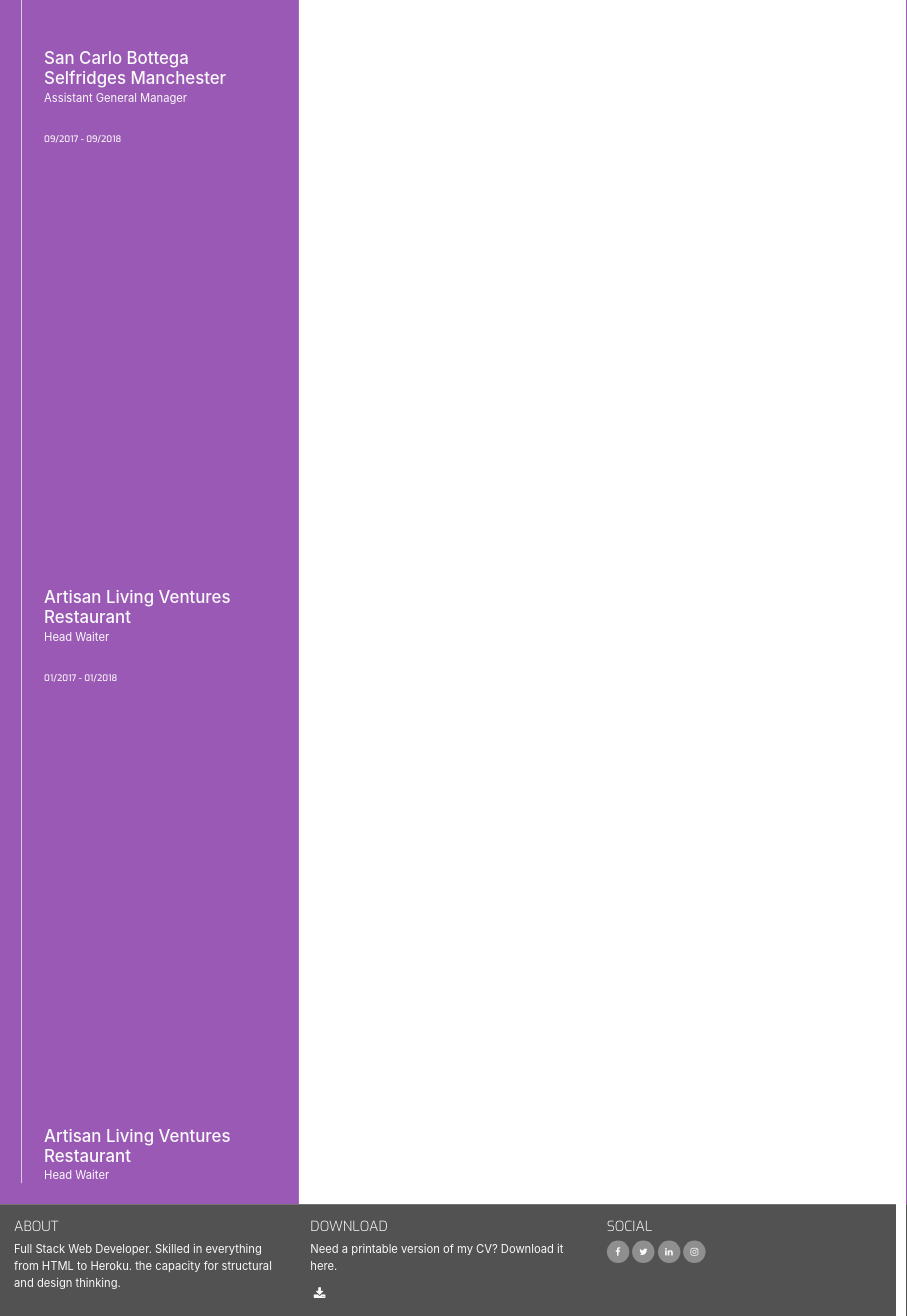
Repository: Baal89/Resume
Page: resume.html
The author's editor kept a record of every edit. The page is drawn from the files as they stood at one moment, then again after the next edit.
The browser window is 1280 px wide. The page is 1295 px wide, so the pictures cover 1295 px, including what lies to the right of the window. The pictures show the part of the page from y = 1096 to 2976 px (the page is 2976 px tall), at 70% of full size.

Above is the page before.

### resume.html
<!DOCTYPE html>
<html lang="en">

<head>
    <meta charset="UTF-8">
    <meta name="viewport" content="width=device-width, initial-scale=1.0">
    <meta http-equiv="X-UA-Compatible" content="ie=edge">
    <link rel="stylesheet" href="https://stackpath.bootstrapcdn.com/bootstrap/4.4.1/css/bootstrap.min.css" integrity="sha384-Vkoo8x4CGsO3+Hhxv8T/Q5PaXtkKtu6ug5TOeNV6gBiFeWPGFN9MuhOf23Q9Ifjh" crossorigin="anonymous">
    <link href="https://stackpath.bootstrapcdn.com/font-awesome/4.7.0/css/font-awesome.min.css" rel="stylesheet" integrity="sha384-wvfXpqpZZVQGK6TAh5PVlGOfQNHSoD2xbE+QkPxCAFlNEevoEH3Sl0sibVcOQVnN" crossorigin="anonymous">
    <link rel="stylesheet" href="https://cdnjs.cloudflare.com/ajax/libs/hover.css/2.3.1/css/hover-min.css" type="text/css" />
    <link rel="stylesheet" href="assets/css/style.css" type="text/css" />
    <title>Alessio</title>
</head>

<body>

    <header>
        <div class="row">
            <a href="index.html" class="col-md-4 logo px-0">

            </a>
            <div class="col-md-8">
                <div class="row bg-color-name-title">
                    <div class="col heading px-0">
                        <h1 class="name">Alessio Centamore</h1>
                        <h2 class="title">Full stack developer</h2>
                    </div>
                </div>
                <div class="row">
                    <div class="col px-0">
                        <ul id="nav" class="list-inline menu-container">
                            <li class="col-6 col-sm-3 ui-menu-color-home list-inline-item menuitem">
                                <a href="index.html" class="hvr-sweep-to-bottom"><i class="fa fa-home" aria-hidden="true"></i><span>Home</span></a>
                            </li>
                            <li class="col-6 col-sm-3 ui-menu-color-resume list-inline-item menuitem">
                                <a href="resume.html" class="hvr-sweep-to-bottom"><i class="fa fa-graduation-cap" aria-hidden="true"></i><span>Resume</span></a>
                            </li>
                            <li class="col-6 col-sm-3 ui-menu-color-contact list-inline-item menuitem">
                                <a href="#" class="hvr-sweep-to-bottom"><i class="fa fa-comment-o" aria-hidden="true"></i><span>Contact</span></a>
                            </li>
                            <li class="col-6 col-sm-3 ui-menu-color-download list-inline-item menuitem">
                                <a href="#" class="hvr-sweep-to-bottom"><i class="fa fa-download" aria-hidden="true"></i><span>Download</span></a>
                            </li>
                        </ul>
                    </div>
                </div>
            </div>
        </div>
    </header>

    <section class="container-fluid">
        <div class="row">
            <div class="col-md-4 bg-color-personal-work-history section-column">
                <div class="row">
                    <div class="col-12">
                        <h3 class="history-heading uppercase">work history</h3>
                    </div>
                </div>
                <div class="timeline-item" data-dates="10/2018 - 01/2020">
                    <h4>San Carlo Bottega Selfridges Manchester</h4>
                    <p>Assistant General Manager</p>
                </div>
                <div class="timeline-item" data-dates="09/2017 - 09/2018">
                    <h4>Artisan Living Ventures Restaurant</h4>
                    <p>Head Waiter</p>
                </div>
                <div class="timeline-item" data-dates="01/2017 - 01/2018">
                    <h4>Artisan Living Ventures Restaurant</h4>
                    <p>Head Waiter</p>
                </div>
            </div>
            <div class="col-md-8 color-three-reasons section-column">
                <div class="row">
                    <div class="col">
                        <h3 class="section-heading uppercase">My skills</h3>
                    </div>
                </div>
                <div class="row">
                    <div class="col-10 offset-1 offset-sm-0 col-sm-4 col-md-6">
                        <div class="row">
                            <div class="col-2">
                                <i class="three-resons-icon fa fa-tv" aria-hidden="true"></i>
                            </div>
                            <div class="col-10">
                                <h4 class="three-reasons-heading uppercase">Front End</h4>
                                <p>I'm a skilled in User Experience Design using the trinity of HTML/CSS/JavaScript. I also have extensive experience in Front Frameworks such as Angular and React.</p>
                            </div>
                        </div>
                    </div>
                    <div class="col-10 offset-1 offset-sm-0 col-sm-4 col-md-6">
                        <div class="row">
                            <div class="col-2">
                                <i class="three-resons-icon fa fa-gears" aria-hidden="true"></i>
                            </div>
                            <div class="col-10">
                                <h4 class="three-reasons-heading uppercase">Back end</h4>
                                <p>I specialize in data-driven web applications. Many of my project utilise document based data. I use Pyhon and Django in conjuction with MongoDB to process and present information.</p>
                            </div>
                        </div>
                    </div>
                </div>
                <div class="row progress-section">
                    <div class="col">
                        <div class="progress">
                            <div class="progress-bar" role="progressbar" aria-valuenow="90" aria-valuemin="0" aria-valuemax="100" style="width: 90%;">
                                <span class="sr-only">90% complete </span>
                            </div>
                            <span class="progress-type">HTML / HTML5 </span>
                        </div>
                        <div class="progress">
                            <div class="progress-bar bg-success" role="progressbar" aria-valuenow="80" aria-valuemin="0" aria-valuemax="100" style="width: 80%;">
                                <span class="sr-only">80% complete </span>
                            </div>
                            <span class="progress-type">CSS / CSS3</span>
                        </div>
                        <div class="progress">
                            <div class="progress-bar bg-info" role="progressbar" aria-valuenow="70" aria-valuemin="0" aria-valuemax="100" style="width: 70%;">
                                <span class="sr-only">70% complete </span>
                            </div>
                            <span class="progress-type">JavaScript / JQuery</span>
                        </div>
                        <div class="progress">
                            <div class="progress-bar bg-warning" role="progressbar" aria-valuenow="80" aria-valuemin="0" aria-valuemax="100" style="width: 80%;">
                                <span class="sr-only">80% complete </span>
                            </div>
                            <span class="progress-type">Django / Python</span>
                        </div>
                        <div class="progress">
                            <div class="progress-bar bg-danger" role="progressbar" aria-valuenow="80" aria-valuemin="0" aria-valuemax="100" style="width: 80%;">
                                <span class="sr-only">80% complete </span>
                            </div>
                            <span class="progress-type">SQL / NoSQL</span>
                        </div>
                    </div>
                </div>
            </div>
        </div>
    </section>

    <footer class="container-fluid" id="footer-details">
        <div class="row">
            <div class="col-sm-4">
                <h5 class="uppercase general-sub">About</h5>
                <p class="inline-block">Full Stack Web Developer. Skilled in everything from HTML to Heroku. the capacity for structural and design thinking.</p>
            </div>
            <div class="col-sm-4">
                <h5 class="uppercase general-sub">Download</h5>
                <p class="inline-block">Need a printable version of my CV? Download it here.</p>
                <a href="#" target="_blank" class="cv-pdf">
                    <i class="fa fa-download" aria-hidden="true"></i>
                    <span class="sr-only">Download link.</span>
                </a>
            </div>
            <div class="col-sm-4">
                <h5 class="uppercase general-sub">Social</h5>
                <ul class="list-inline social-links">
                    <li class="list-inline-item">
                        <a target="_blank" href="#">
                            <i class="fa fa-facebook" aria-hidden="true"></i>
                            <span class="sr-only">Facebook</span>
                        </a>
                    </li>
                    <li class="list-inline-item">
                        <a target="_blank" href="#">
                            <i class="fa fa-twitter" aria-hidden="true"></i>
                            <span class="sr-only">Twitter</span>
                        </a>
                    </li>
                    <li class="list-inline-item">
                        <a target="_blank" href="#">
                            <i class="fa fa-linkedin" aria-hidden="true"></i>
                            <span class="sr-only">Linkedin</span>
                        </a>
                    </li>
                    <li class="list-inline-item">
                        <a target="_blank" href="#">
                            <i class="fa fa-instagram" aria-hidden="true"></i>
                            <span class="sr-only">Instagram</span>
                        </a>
                    </li>
                </ul>
            </div>
        </div>
    </footer>

</body>

</html>

### assets/css/style.css
@import url('https://fonts.googleapis.com/css?family=Roboto:100,200,300,400,500,600,700|Exo:100,200,300,400,500,600,700&display=swap');


/*-----------------------------------------------------------------Colors */

.bg-color-name-title {
    background-color: #676767;
}

.bg-color-three-resons {
    background-color: #fff;
}

.bg-color-personal-info {
    background-color: #f4f4f4
}

.bg-color-personal-work-history {
    background-color: #9b59b6;
}

.ui-menu-color-home {
    background-color: #e67e22;
}

.ui-menu-color-resume {
    background-color: #9b59b6;
}

.ui-menu-color-contact {
    background-color: #3498db;
}

.ui-menu-color-download {
    background-color: #525252;
}

/* ---------------------------------------------------------------Special padding/margins/text */

h1,
h2,
h3,
h4 {
    margin: 0;
}

.uppercase {
    text-transform: uppercase;
}

.general-sub {
    font-family: "Exo", sans-serif;
    font-weight: 300;
    color: #fafafa;
}

.inline-block {
    display: inline-block;
}

.row-table {
    display: table;
}

.section-column {
    display: table-cell;
    padding: 0 30px 30px;
    float: none;
}

.section-heading,
.history-heading {
    font-family: "Exo", sans-serif;
    font-weight: 300;
    margin-top: 25px;
    margin-bottom: 40px;
}

/* ---------------------------------------------------------------Heading */

header {
    margin: 0;
}

.heading {
    margin-left: 50px;
}

.logo {
    background-image: url("../img/Alessio.jpg");
    background-position: center;
    background-repeat: no-repeat;
    background-size: cover;
    min-height: 360px;
    transition: all .5s ease-in-out;
    -moz-transition: all .5s ease-in-out;
    -webkit-transition: all .5s ease-in-out;
}

.name {
    font-family: Exo, sans-serif;
    font-weight: 100;
    font-size: 46px;
    margin-top: 50px;
    color: #ffffff;
}

.title {
    font-family: Roboto, sans-serif;
    font-weight: 200;
    font-size: 28px;
    margin-top: 20px;
    margin-bottom: 90px;
    color: #ffffff;
}

.list-inline-item:not(:last-child) {
    margin-right: 0 !important;
}

.menu-container {
    font-size: 0;
}

#nav li {
    font-size: 14px;
    padding: 0;
}

.menuitem {
    height: 120px;
    text-align: center;
    padding: 0;
}

.menuitem a {
    width: 100%;
    text-decoration: none;
    color: #fff;
    height: 120px;
}

.menuitem i {
    padding-top: 22px;
    display: block;
    color: #fafafa;
    font-size: 26px;
}

.menuitem span {
    display: block;
    width: 100%;
    padding-top: 5px;
    text-align: center;
    text-transform: uppercase;
    font-size: 14px;
    font-weight: 300;
    letter-spacing: 2px;
}

#nav {
    margin: 0;
}

/* ---------------------------------------------------------------Hover */

.hvr-sweep-to-bottom:before {
    background-color: rgba(0,0,0, 0.2);
    height: 120px;
}

/* --------------------------------------------------------------Footer */

footer {
    background-color: #525252;
    color: #fafafa;
    min-height: 120px;
    margin: 0;
}

.cv-pdf i {
    font-size: 18px;
    color: #fafafa;
    text-align: center;
    padding-left: 5px;
    transition: all 0.35s ease-in-out;
    -moz-0transition: all 0.35s ease-in-out;
    -webkit-transition: all 0.35s ease-in-out;
    -o-transition: all 0.35s ease-in-out;
}

.cv-pdf i:hover {
    color: #e84610;
}

.social-links {
    padding-bottom: 15px;
}

.social-links li a i {
    width: 32px;
    height: 32px;
    padding: 12px 0;
    border-radius: 50%;
    font-size: 13px;
    line-height: 7px;
    text-align: center;
    color: #fafafa;
    background-color: #8f8f8f;
    transition: all 0.35s ease-in-out;
    -moz-0transition: all 0.35s ease-in-out;
    -webkit-transition: all 0.35s ease-in-out;
    -o-transition: all 0.35s ease-in-out;
}

.social-links li a i:hover {
    background-color: #e84610;
}

#footer-details {
    padding: 20px;
}

/* --------------------------------------------------------------three reasons */


.three-resons-icon {
    font-size: 26px;
    color: #e67e22;
}

.three-reasons-heading {
    margin: 15px;
}

/* --------------------------------------------------------------Personal info*/

.personal-info-item {
    margin-bottom: 20px;
    display: block;
    clear: both;
}

.personal-info-item .key,
.personal-info-item .value {
    padding-right: 8px;
    display: inline-block;
}

.personal-info-item .key p,
.personal-info-item .value p {
    margin: 0;
}

.personal-info-item .key {
    width: 30%;
    margin-right: 21px;
    padding-top: 2px;
    vertical-align: top;
}

.personal-info-item .key p {
    font-weight: 700;
}

.personal-info-item .value {
    position: relative;
    width: 60%;
}

/* --------------------------------------------------------------skills */

.progress {
    position: relative;
    height: 25px;
    margin-bottom: 4px;
}

.progress-type {
    position: absolute;
    left: 0px;
    font-weight: 400;
    padding: 3px 30px 2px 10px;
    color: #fafafa;
    background-color: rgba(25, 25, 25, 0.2);
}

.progress-section {
    margin: 40px 20px;
}

/* ---------------------------------------------------------------work history */

.history-heading {
    color: #fafafa;
    margin-bottom: 50px;
}

.timeline-item {
    padding: 43em 2em 0em 2em;
    position: relative;
    color: #fafafa;
    border-left: 1px solid;
}

.timeline-item p {
    padding: 0;
    margin: 0;
}

.timeline-item:before {
    content: attr(data-dates);
    position: absolute;
    left: 2.5em;
    top: 3em;
    display: block;
    font-family: "Exo" , sans-serif;
    font-weight: 500;
    font-size: 0.8em;
    padding: 0;
    margin: 0;
}

.tiimeline-item:after {
    width: 12px;
    height: 12px;
    display: block;
    top: 2.4em;
    position: absolute;
    left: -6px;
    border-radius: 12px;
    content: "";
    background-color: #fafafa;
}

After the next edit:
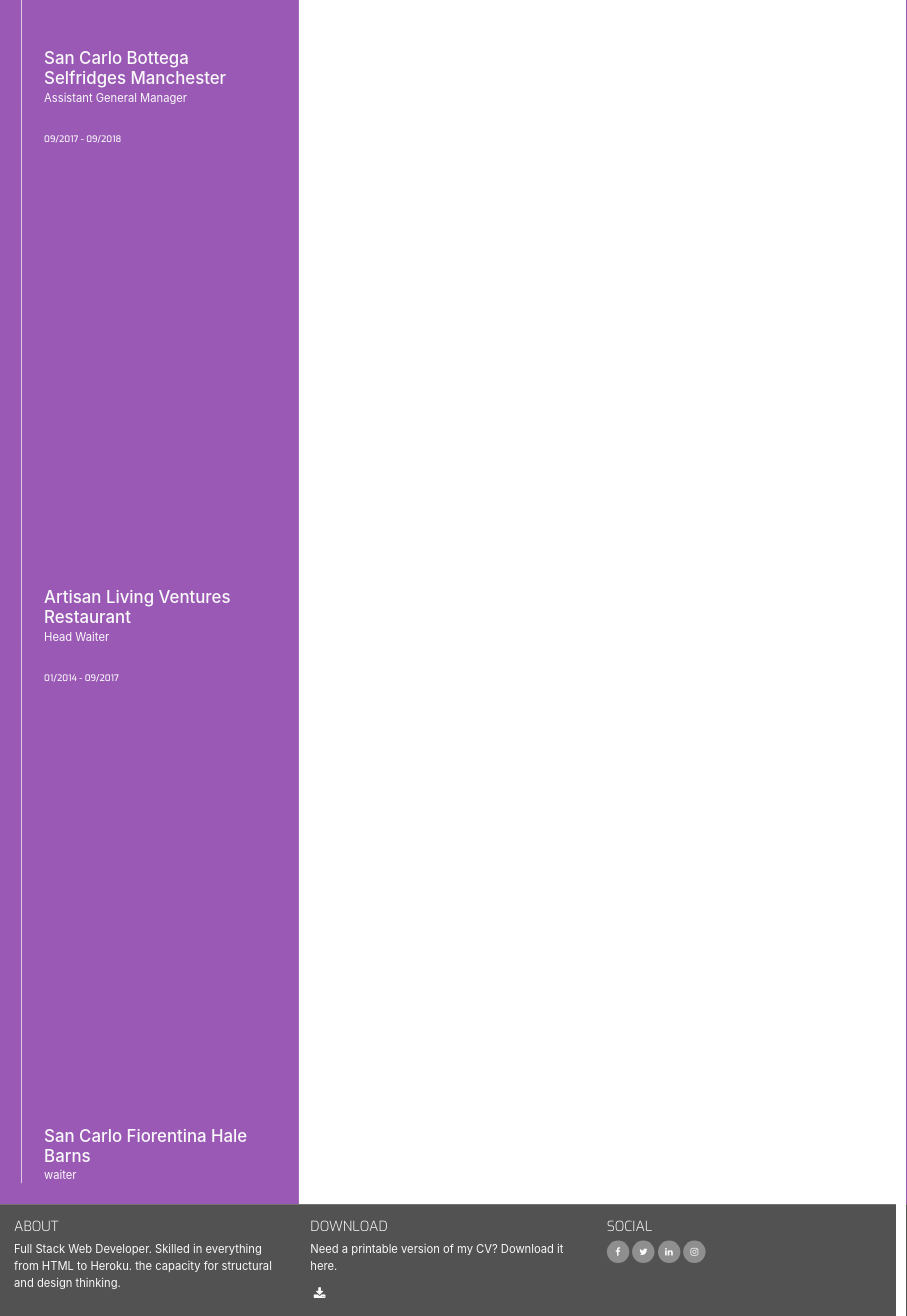
The edit:
--- a/resume.html
+++ b/resume.html
@@ -64,9 +64,9 @@
                     <h4>Artisan Living Ventures Restaurant</h4>
                     <p>Head Waiter</p>
                 </div>
-                <div class="timeline-item" data-dates="01/2017 - 01/2018">
-                    <h4>Artisan Living Ventures Restaurant</h4>
-                    <p>Head Waiter</p>
+                <div class="timeline-item" data-dates="01/2014 - 09/2017">
+                    <h4>San Carlo Fiorentina Hale Barns</h4>
+                    <p>waiter</p>
                 </div>
             </div>
             <div class="col-md-8 color-three-reasons section-column">
